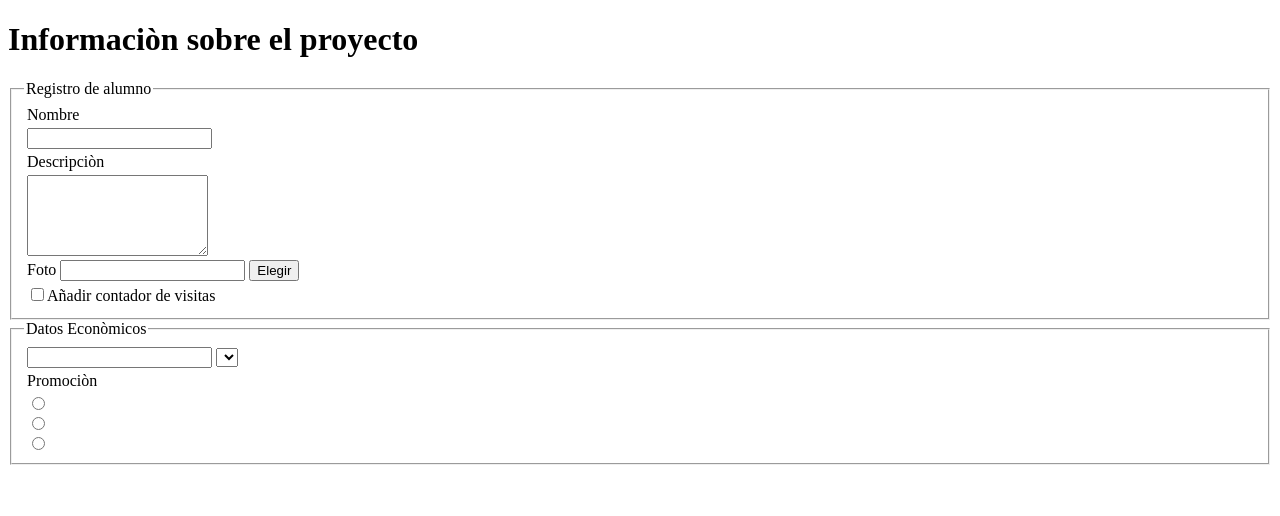
Repository: hoscanoa/Clases-LPII
Page: LPIISemana01/LPII-Semana01/WebContent/inicio.html
An editor plug-in stored every save of this project. The page is shown before and after the next save, followed by the edit.
The browser window is 1280 px wide. The pictures show the whole page.

Above is the page before, as saved 2014-09-18 22:13:26.

### LPIISemana01/LPII-Semana01/WebContent/inicio.html
<!DOCTYPE html PUBLIC "-//W3C//DTD HTML 4.01 Transitional//EN" "http://www.w3.org/TR/html4/loose.dtd">
<html>
<head>
<meta http-equiv="Content-Type" content="text/html; charset=ISO-8859-1">
<title>Insert title here</title>
</head>
<body>
	<h1>Informaciòn sobre el proyecto</h1>
	<form action="">
		<fieldset>
			<legend>Registro de alumno</legend>
			<table>
				<tr>
					<td>Nombre</td>
				</tr>
				<tr>
					<td colspan="2"><input type="text" name="nombre"></td>
				</tr>
				<tr>
					<td>Descripciòn</td>
				</tr>
				<tr>
					<td colspan="2"><textarea rows="5"></textarea>
					</td>
				</tr>

				<tr>
					<td>Foto <input type="text" name="descripcion"> <input
						type="button" value="Elegir"></td>
				</tr>
				<tr>
					<td><input type="checkbox">Añadir contador de visitas
					</td>
				</tr>
			</table>
		</fieldset>
		<fieldset>
			<legend>Datos Econòmicos</legend>
			<table>
				<tr>
					<td><input type="text" name="precio"></td>
					<td><select name="impuestos">
					</td>
				</tr>
				<tr>
					<td>Promociòn</td>
				</tr>
				<tr>
					<td><input type="radio" value="Ninguno">
					</td>
				</tr>
				<tr>
					<td><input type="radio" value="Transporte Gratuito">
					</td>
				</tr>
				<tr>
					<td><input type="radio" value="Descuento 5%">
					</td>
				</tr>
			</table>
		</fieldset>
	</form>

</body>
</html>

After the next save:
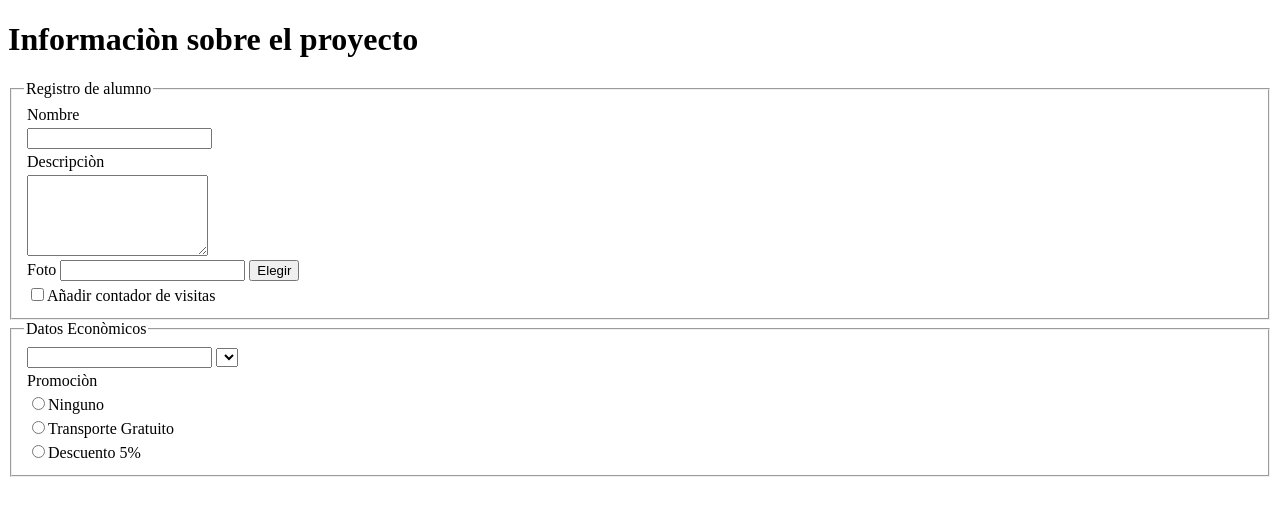
Saved 33 s later.
--- a/LPIISemana01/LPII-Semana01/WebContent/inicio.html
+++ b/LPIISemana01/LPII-Semana01/WebContent/inicio.html
@@ -46,15 +46,15 @@
 					<td>Promociòn</td>
 				</tr>
 				<tr>
-					<td><input type="radio" value="Ninguno">
+					<td><input type="radio">Ninguno
 					</td>
 				</tr>
 				<tr>
-					<td><input type="radio" value="Transporte Gratuito">
+					<td><input type="radio">Transporte Gratuito
 					</td>
 				</tr>
 				<tr>
-					<td><input type="radio" value="Descuento 5%">
+					<td><input type="radio">Descuento 5%
 					</td>
 				</tr>
 			</table>
